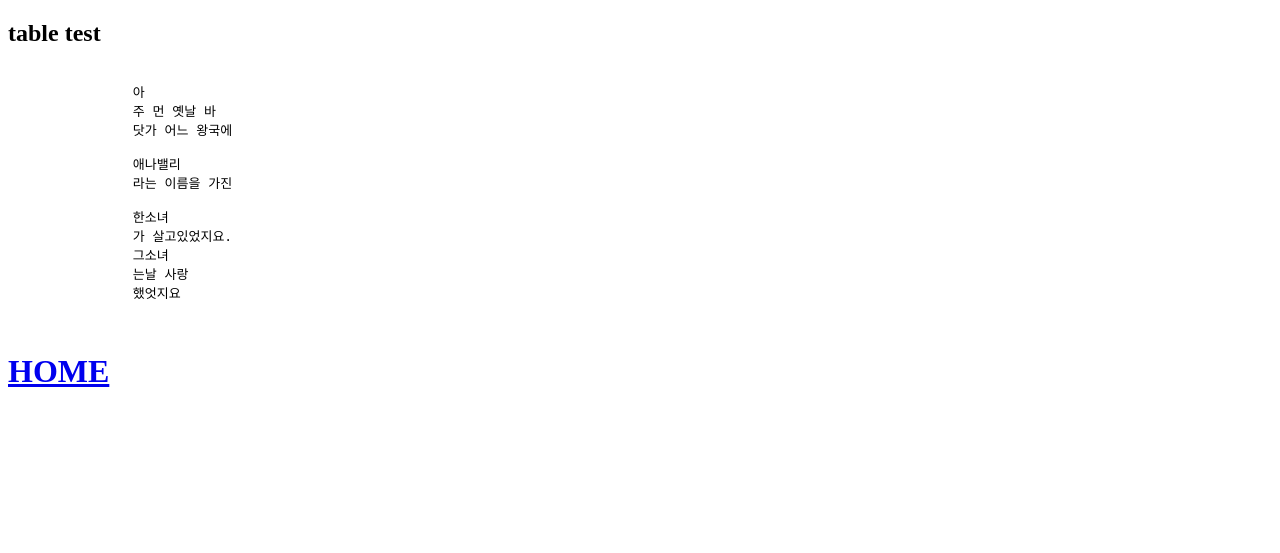
Repository: ssleap/multicampusIoT
Page: workspace190520/edu1/WebContent/table.html
An editor plug-in stored every save of this project. The page is shown before and after the next save, followed by the edit.
The browser window is 1280 px wide. The pictures show the whole page.

Above is the page before, as saved 2019-05-20 06:26:33.

### workspace190520/edu1/WebContent/table.html
<!DOCTYPE html>
<html>
<head>
<meta charset="UTF-8">
<meta name = "viewport" content ="width=device-width, initial-scale=1">
<title>table</title>
</head>
<body>


	<h2>table test</h2>
	<pre>

		아
		주 먼 옛날 바
		닷가 어느 왕국에

		애나밸리
		라는 이름을 가진

		한소녀
		가 살고있었지요.
		그소녀
		는날 사랑
		했엇지요

	</pre>

	<h1><a href = "index.html">HOME</a></h1>



</body>
</html>

After the next save:
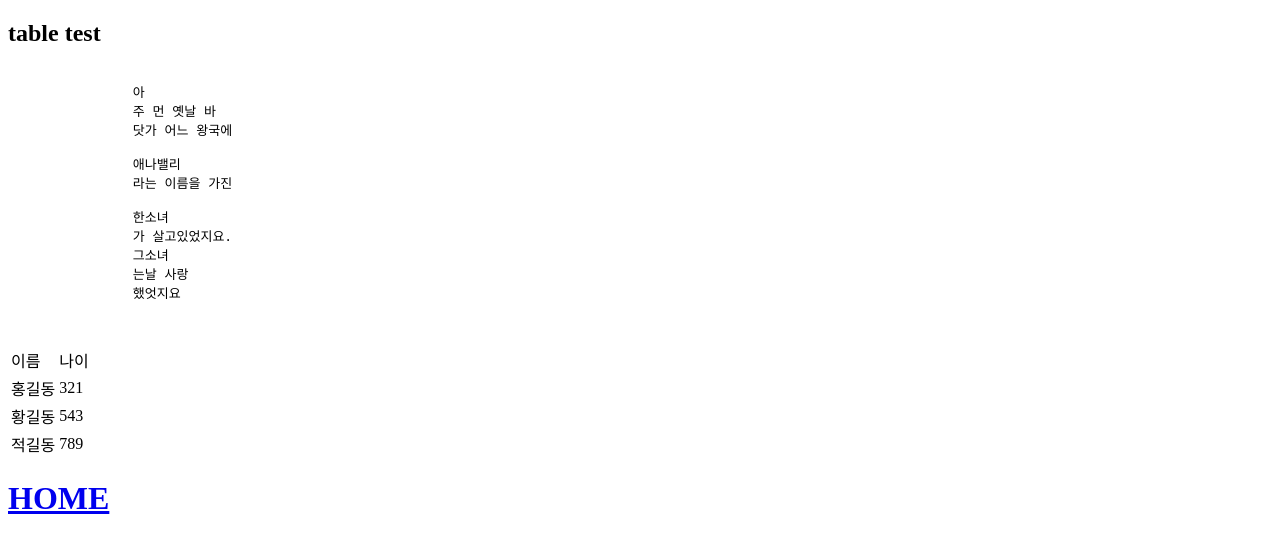
Saved 5 min 8 s later.
--- a/workspace190520/edu1/WebContent/table.html
+++ b/workspace190520/edu1/WebContent/table.html
@@ -26,6 +26,15 @@
 
 	</pre>
 
+	<table>
+
+		<tr><td>이름</td><td>나이</td></tr>
+		<tr><td>홍길동</td><td>321</td></tr>
+		<tr><td>황길동</td><td>543</td></tr>
+		<tr><td>적길동</td><td>789</td></tr>
+
+	</table>
+
 	<h1><a href = "index.html">HOME</a></h1>
 
 
